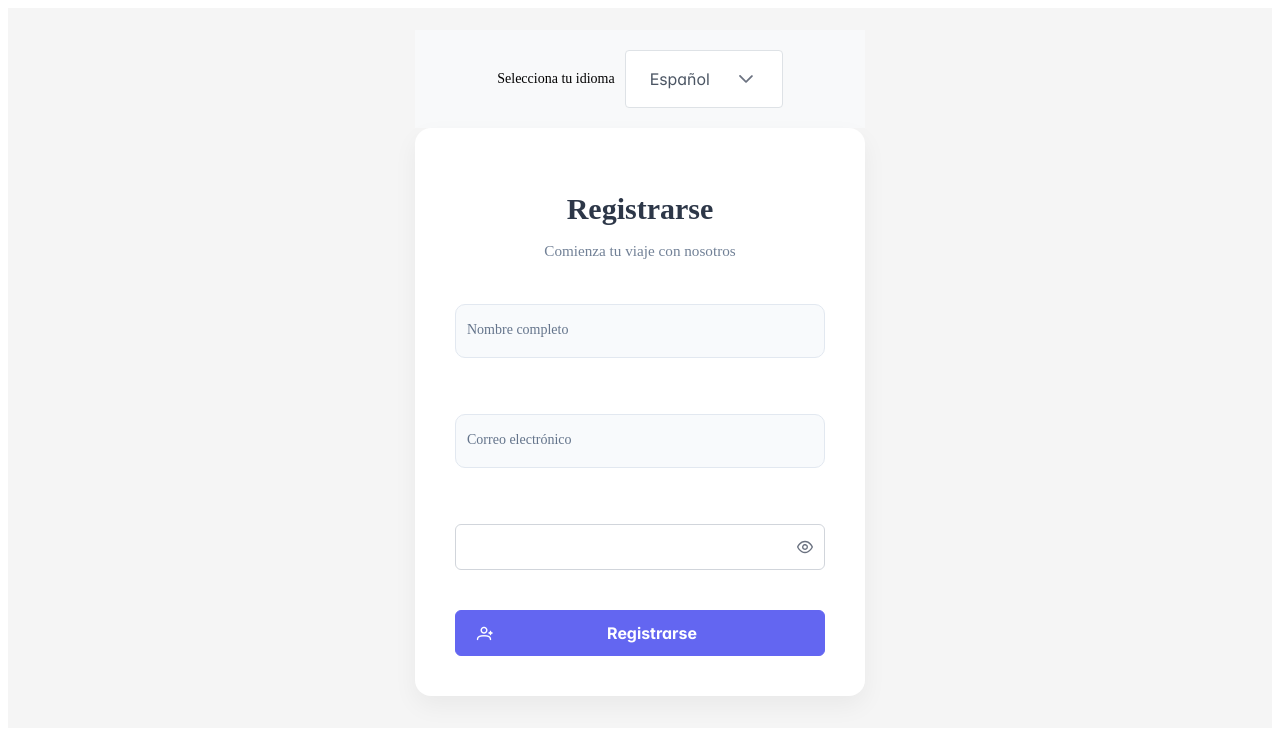
Repository: nder1996/Info_Colombia
Page: /Registro (app in fronted/gestion-tareas/)
An editor plug-in stored every save of this project. The page is shown before and after the next save, followed by the edit.
The browser window is 1280 px wide. The pictures show the whole page.
The project was rebuilt for these pictures with package versions that can differ from the ones it lists, and the page was loaded fresh each time. Also part of the build but not shown: fronted/gestion-tareas/src/routes/ProtectedRoute.tsx, fronted/gestion-tareas/src/services/GestionTareasService.ts, fronted/gestion-tareas/src/services/SummaryServices.ts, fronted/gestion-tareas/src/services/UsuarioService.ts, fronted/gestion-tareas/src/services/WebSocketService.ts, fronted/gestion-tareas/src/hooks/useNotifications.ts, fronted/gestion-tareas/src/components/gestion-tareas/GestionTareas.tsx, fronted/gestion-tareas/src/components/InicioSession/InicioSession.tsx.

Above is the page before, as saved 2025-02-24 03:35:11.

### fronted/gestion-tareas/src/index.css
.App {
  display: flex;
  justify-content: center;
  align-items: center;
  height: 100vh !important;
  width: 100% !important;
  background-color: #f5f5f5;
  padding: 0 !important;
  /*border:1px solid red !important;*/
  /* You can add more styles as needed */
}

### fronted/gestion-tareas/src/App.tsx
import React, { useRef } from 'react';
import { BrowserRouter } from 'react-router-dom';
import './App.css';
import AppRoutes from './routes/AppRoutes';
import useAuthStore from './store/auth/useAuthStore';
import './services/InterceptorAuth';
import { ToastProvider } from './context/ToastContext';

import "primereact/resources/themes/lara-light-indigo/theme.css";
import "primereact/resources/primereact.min.css";
import "primeicons/primeicons.css";
import { LanguageProvider } from './context/LanguageContext';



function App() {
  const auth = useAuthStore((state) => state.Auth)
  return (
    <ToastProvider>
      <LanguageProvider>
        <div className="App">
          <BrowserRouter>
            <AppRoutes />
          </BrowserRouter>
        </div>
      </LanguageProvider>
    </ToastProvider>
  );
}

export default App;

### fronted/gestion-tareas/src/App.css
@import "primereact/resources/themes/lara-light-indigo/theme.css";
@import "primereact/resources/primereact.min.css";
@import "primeicons/primeicons.css";

### fronted/gestion-tareas/src/routes/AppRoutes.tsx
import React from "react";
import { Routes, Route, Navigate } from "react-router-dom";
import ProtectedRoute from "./ProtectedRoute";
import useAuthStore from "../store/auth/useAuthStore";
import GestionTareas from "src/components/gestion-tareas/GestionTareas";
import InicioSession from "src/components/InicioSession/InicioSession";
import Registrarse from "src/components/Registrarse/Registrarse";

const AppRoutes: React.FC = () => {
  const auth = useAuthStore((state) => state.Auth);

  return (
    <Routes>
      <Route path="/login" element={<InicioSession />} />
      <Route path="/Registro" element={<Registrarse />} />

      {/* Agrupar rutas protegidas dentro de ProtectedRoute */}
      <Route element={<ProtectedRoute />}>
        <Route path="/GestionTareas" element={<GestionTareas />} />
      </Route>

      {/* Redirigir a login si no hay ruta válida */}

       <Route path="*" element={<Navigate to={auth.isAuthenticated ? "/GestionTareas" : "/login"} replace />} />
    </Routes>
  );
};

export default AppRoutes;

### fronted/gestion-tareas/src/store/auth/useAuthStore.ts
import { AuthService } from 'src/services/AuthService';
import { create } from 'zustand'

type AuthState = { Auth: { token: string | null ; isAuthenticated: boolean |null ; username:string | null } }

type AuthStateStoreActions = {
  setAuth: (nextAuth: AuthState['Auth']) => void
}

type AuthStore = AuthState & AuthStateStoreActions;

const useAuthStore = create<AuthStore>()((set) => ({
  Auth: AuthService.getInfoSession() || {
    token: null,
    isAuthenticated: false,
    username: null
  },
  setAuth: (nextAuth) => set({ Auth: nextAuth })
}));

export default useAuthStore;




//export default useAuthStore;

### fronted/gestion-tareas/src/services/InterceptorAuth.ts
import axios from 'axios';
import { AuthService } from './AuthService';

const InterceptorAuth = {
  usuario: axios.create({
    baseURL: 'http://localhost:8700/api/usuario'
  }),
  summary: axios.create({
    baseURL: 'http://localhost:8700/api/summary/'
  }),
  tarea: axios.create({
    baseURL: 'http://localhost:8700/api/tarea/'
  })
};

Object.values(InterceptorAuth).forEach(api => {
  api.interceptors.request.use(
    (config) => {
      const token = AuthService.getToken()?.replace(/"/g, '');
      if (token) {
        config.headers.Authorization = `Bearer ${token}`;
      }
      //console.log("se le agrego el token a la peticion: " + config.url+"  token "+config.headers.Authorization);
      return config;
    },
    (error) => Promise.reject(error)
  );

  api.interceptors.response.use(
    (response) => response,
    (error) => {
      if (error.response?.status !== 200 && error.response?.status !== 201) {
        AuthService.logout();
        window.location.href = '/login';
      }
      return Promise.reject(error);
    }
  );
});

export default InterceptorAuth;

### fronted/gestion-tareas/src/context/ToastContext.tsx
import { createContext, useContext, useRef } from 'react';
import { Toast } from 'primereact/toast';


interface ToastService {
    mostrarExito: (titulo: string, detalle?: string) => void;
    mostrarError: (titulo: string, detalle?: string) => void;
    mostrarInfo: (titulo: string, detalle?: string) => void;
    mostrarAdvertencia: (titulo: string, detalle?: string) => void;
}

const ToastContext = createContext<ToastService>({} as ToastService);

export const ToastProvider = ({ children }: { children: React.ReactNode }) => {
    const toast = useRef<Toast>(null);

    const mostrarExito = (titulo: string, detalle?: string) => {
        toast.current?.show({
            severity: 'success',
            summary: titulo,
            detail: detalle,
            life: 3000
        });
    };

    const mostrarError = (titulo: string, detalle?: string) => {
        toast.current?.show({
            severity: 'error',
            summary: titulo,
            detail: detalle,
            life: 5000
        });
    };

    const mostrarInfo = (titulo: string, detalle?: string) => {
        toast.current?.show({
            severity: 'info',
            summary: titulo,
            detail: detalle,
            life: 3000
        });
    };

    const mostrarAdvertencia = (titulo: string, detalle?: string) => {
        toast.current?.show({
            severity: 'warn',
            summary: titulo,
            detail: detalle,
            life: 4000
        });
    };

    return (
        <ToastContext.Provider value={{ mostrarExito, mostrarError, mostrarInfo, mostrarAdvertencia }}>
            <Toast ref={toast} position="top-right" />
            {children}
        </ToastContext.Provider>
    );
};

export const useToast = () => useContext(ToastContext);

### fronted/gestion-tareas/src/context/LanguageContext.tsx
import React, { createContext, useContext, useState } from 'react';
import { traducciones } from 'src/i18n/traducciones';
import { Language, ITranslations } from 'src/i18n/types';

interface LanguageContextType {
  language: Language;
  t: ITranslations;
  changeLanguage: (lang: Language) => void;
}

const LanguageContext = createContext<LanguageContextType>({} as LanguageContextType);

export const LanguageProvider = ({ children }: { children: React.ReactNode }) => {
  const [language, setLanguage] = useState<Language>('es');

  const changeLanguage = (lang: Language) => {
    setLanguage(lang);
  };

  const value = {
    language,
    t: traducciones[language],
    changeLanguage
  };

  return (
    <LanguageContext.Provider value={value}>
      {children}
    </LanguageContext.Provider>
  );
};



export const useLanguage = () => {
  const context = useContext(LanguageContext);
  if (!context) {
    throw new Error('useLanguage must be used within a LanguageProvider');
  }
  return context;
};

### fronted/gestion-tareas/src/components/Registrarse/Registrarse.tsx
import React, { useRef } from 'react';
import './Registrarse.css';
import 'primereact/resources/themes/saga-blue/theme.css';
import 'primereact/resources/primereact.min.css';
import 'primeicons/primeicons.css';
import { useForm } from 'react-hook-form';
import { yupResolver } from '@hookform/resolvers/yup';
import * as yup from 'yup';
import { Card } from 'primereact/card';
import { Toast } from 'primereact/toast';
import { InputText } from 'primereact/inputtext';
import { Password } from 'primereact/password';
import { Button } from 'primereact/button';
import { SesionServices, usuarioRegister } from 'src/services/SesionServices';
import { useNavigate } from 'react-router-dom';
import { useToast } from 'src/context/ToastContext';
import { traducciones } from 'src/i18n/traducciones';
import { Language } from 'src/i18n/types';
import { useLanguage } from 'src/context/LanguageContext';
import NavbarIdioma from '../navbar-idioma/navbar-idioma';

type FormData = {
  fullName: string;
  email: string;
  password: string;
};
const createValidationSchema = (t: typeof traducciones, language: Language) => yup.object({
  fullName: yup
    .string()
    .required(t[language].validaciones.requerido)
    .min(3, t[language].validaciones.longitudMinima.replace('{0}', '3'))
    .matches(/^[a-zA-ZÀ-ÿ\s]+$/, t[language].validaciones.soloLetras),
  email: yup
    .string()
    .required(t[language].validaciones.correoRequerido)
    .email(t[language].validaciones.correoInvalido),
  password: yup
    .string()
    .required(t[language].validaciones.contrasena.requerida)
    .min(8, t[language].validaciones.contrasena.longitudMinima)
    .matches(/[A-Z]/, t[language].validaciones.contrasena.mayuscula)
    .matches(/[a-z]/, t[language].validaciones.contrasena.minuscula)
    .matches(/[0-9]/, t[language].validaciones.contrasena.numero)
    .matches(/[^A-Za-z0-9]/, t[language].validaciones.contrasena.caracterEspecial)
});

const Registrarse = () => {
  const toastRef = useRef<Toast>(null);
  const navigate = useNavigate();
  const { mostrarExito, mostrarError, mostrarAdvertencia } = useToast();
  const { language } = useLanguage();
  const { autenticacion: texts } = traducciones[language];
  const schema = createValidationSchema(traducciones, language);
  const validationSchema = createValidationSchema(traducciones, language);
  const { register, handleSubmit, formState: { errors }, setValue, reset ,watch} = useForm<FormData>({
    resolver: yupResolver(validationSchema)
  });

  const onSubmit = async (data: FormData) => {
    try {
      const user: usuarioRegister = {
        id: -1,
        nombre: data.fullName,
        email: data.email,
        password: data.password
      }
      const response = await SesionServices.registre(user);
      if (response && response.meta?.statusCode == 200) {
        mostrarExito('Nuevo Usuario Registrado', 'El usuario se ha guardado exitosamente');
        reset();
        navigate('/login');
        return
      }
      mostrarAdvertencia('Advertencia', 'Hubo un problema con el registro del usuario');
    } catch (error) {
      mostrarError('Error', 'Hubo un error al registrar el usuario');
    }
  };

  return (
    <div className="auth-container">
      <NavbarIdioma></NavbarIdioma>
      <Toast ref={toastRef} />
      <div className="auth-card">
        <div className="auth-header">
          <h2>{texts.registrarse}</h2>
          <p>{texts.comenzarViaje}</p>
        </div>

        <form className="auth-form" onSubmit={handleSubmit(onSubmit)}>
          <div className="form-group">
            <span className="p-float-label">
              <InputText
                id="fullName"
                className={`form-input ${errors.fullName ? 'p-invalid' : ''}`}
                {...register('fullName')}
              />
              <label htmlFor="fullName">{texts.nombreCompleto}</label>
            </span>
            {errors.fullName && (
              <small className="p-error">{errors.fullName.message}</small>
            )}
          </div>

          <div className="form-group">
            <span className="p-float-label">
              <InputText
                id="email"
                type="email"
                className={`form-input ${errors.email ? 'p-invalid' : ''}`}
                {...register('email')}
                onChange={(e) => setValue('email', e.target.value)}
              />
              <label htmlFor="email">{texts.correo}</label>
            </span>
            {errors.email && (
              <small className="p-error">{errors.email.message}</small>
            )}
          </div>

          <div className="field w-full" style={{ width: '100%' }}>
            <span className="p-float-label w-full block">
              <label htmlFor="password">{texts.contrasena}</label>
              <Password
                id="password"
                toggleMask
                className="w-full block"
                feedback={false}
                placeholder="Ingresa tu contraseña"
                style={{ display: 'block', width: '100%' }}
                {...register('password')}
                onChange={(e) => setValue('password', e.target.value)}
              />

            </span>
            {errors.password && (
              <small className="p-error">{errors.password.message}</small>
            )}
          </div>

          <Button
            type="submit"
            label={texts.registrarse}
            icon="pi pi-user-plus"
            className="w-full"
          />

        </form>
      </div>
    </div>
  );
};

export default Registrarse;

### fronted/gestion-tareas/src/services/AuthService.ts
import useAuthStore from 'src/store/auth/useAuthStore';
import { create } from 'zustand';
import { LocalStarogeService } from './LocalStorageService';



export interface AuthData {
  token: string | null;
  isAuthenticated: boolean | null;
  username: string | null;
}


 export class AuthService {

  static saveToken(auth: AuthData) {
    LocalStarogeService.save('authToken', JSON.stringify(auth));
  }

  static getToken(): string {
    const authData = JSON.parse(LocalStarogeService.get('authToken') || "") ;
    return authData.token || '';
  }

  static getInfoSession(): AuthData {
    try {
      const session = LocalStarogeService.get('authToken');
      if (!session || typeof session !== 'string') {
        return { token: '', isAuthenticated: false, username: '' };
      }
      const parsed = JSON.parse(session) as AuthData;
      return parsed;
    } catch {
      return { token: '', isAuthenticated: false, username: '' };
    }
  }
  static isAuthenticated(): boolean {
    return !!this.getToken();
  }

  static logout(): void {
    localStorage.removeItem('authToken');
    //useAuthStore.getState().clearAuth();
  }

  static getAuthHeader() {
    const token = this.getToken()?.replace(/"/g, '');
    return token ? { Authorization: `Bearer ${token}` } : {};
  }
}

### fronted/gestion-tareas/src/components/gestion-tareas/GestionTareas.css

/*estilos de tabla*/

.p-datatable tbody td {
    text-align: center !important;
  }

  .action-buttons {
    display: flex;
    gap: 1rem;
    justify-content: center;
   }

   .action-button {
    transition: transform 0.2s;
   }

   .action-button:hover {
    transform: scale(1.1);
   }

/*estilos de dialog*/

.form-container {
    padding: 1.5rem;
    max-width: 800px;
    margin: 0 auto;
  }

  .form-group {
    margin-bottom: 1rem;
    width: 100%;
  }

  .form-label {
    display: block;
    margin-bottom: 0.5rem;
  }

  .form-input,
  .form-select,
  .form-date,
  .form-button {
    width: 100%;
    padding: 10px;
    border-radius: 4px;
  }

### fronted/gestion-tareas/src/components/InicioSession/InicioSession.css

.login-header {
  text-align: center;
  margin-bottom: 2rem;
}

.form-inicio {
  display: flex;
  flex-direction: column;
  gap: 1.5rem;
}

.field {
  display: flex;
  flex-direction: column;
  gap: 0.5rem;
}

.register-section {
  margin-top: 2rem;
  text-align: center;
 }

 .register-link {
  display: inline-flex;
  align-items: center;
  gap: 0.75rem;
  padding: 0.75rem 1.5rem;
  border-radius: 8px;
  background: var(--surface-50);
  transition: all 0.2s ease;
  box-shadow: 0 2px 4px rgba(0,0,0,0.1);
  cursor: pointer !important;
 }

 .register-link:hover {
  background: var(--surface-100);
  transform: translateY(-2px);
  box-shadow: 0 4px 8px rgba(0,0,0,0.15);
 }

 .register-icon {
  color: grey;
  font-size: 1.2rem;
 }

 .register-text {
  font-size: 0.9rem;
  color: var(--text-color);
  margin-bottom: 1rem;
 }

 .login-container {
  display: flex;
  flex-direction: column;
  min-height: 100vh;
}

.login-card {
  margin: 10px;
  width: 100%;
  width: 450px;
  padding: 2rem;
}


.navbar-idioma {
  width: 100%;
  padding: 1rem;
}

### fronted/gestion-tareas/src/services/SesionServices.ts
import axios from "axios";
import { AuthData, AuthService } from "./AuthService";
import { LocalStarogeService } from "./LocalStorageService";
import { ApiResponse } from "src/models/ApiResponse";



export interface usuarioRegister {
    id: number;
    nombre: string;
    email: string;
    password: string;
}
export class SesionServices  {
    private static readonly baseUrl = 'http://localhost:8700/api/auth';


    public static async login(username: string, password: string): Promise<void> {
        try {
            const response = await axios.post(`${this.baseUrl}/login`, {
                username,
                password
            });

            const token = response.data.token;
            const authData: AuthData = {
                token: token,
                username: username,
                isAuthenticated: true
            };

            AuthService.saveToken(authData);
        } catch (error) {
            console.error('Login failed:', error);
            throw error;
        }
    }

    public static async registre(user: usuarioRegister): Promise<ApiResponse<string>> {
        try {
            const response = await axios.post(`${this.baseUrl}/register`, user);
            return response.data;
        } catch (error) {
            console.error('Login failed:', error);
            throw error;
        }
    }


}

### fronted/gestion-tareas/src/components/navbar-idioma/navbar-idioma.tsx
import { Dropdown } from 'primereact/dropdown';
import { useLanguage } from "src/context/LanguageContext";
import { Language } from "src/i18n/types";

const NavbarIdioma = () => {
  const { language, changeLanguage } = useLanguage();

  const options = [
    { label: 'Español', value: 'es' as Language },
    { label: 'English', value: 'en' as Language }
  ];

  return (
    <div style={{
      display: 'flex',
      justifyContent: 'center',
      backgroundColor: '#f8f9fa',
      padding: '20px'
    }}>
      <div style={{
        display: 'flex',
        alignItems: 'center',
        gap: '10px'
      }}>
        <span style={{
          fontSize: '14px',
          color: '#000'
        }}>Selecciona tu idioma</span>
        <Dropdown
          value={language}
          options={options}
          onChange={(e) => changeLanguage(e.value)}
          style={{
            minWidth: '120px',
            borderRadius: '4px',
            border: '1px solid #dee2e6',
            padding: '6px 12px'
          }}
        />
      </div>
    </div>
  );
};

export default NavbarIdioma;

### fronted/gestion-tareas/src/components/Registrarse/Registrarse.css

.auth-card {
  background: white;
  padding: 2.5rem;
  border-radius: 16px;
  width: 100%;
  width: 450px;
  box-shadow: 0 10px 25px rgba(0, 0, 0, 0.05);
  margin-bottom: 10px;
}

.auth-header {
  text-align: center;
  margin-bottom: 2.8rem;
}

.auth-header h2 {
  color: #2d3748;
  font-size: 1.875rem;
  font-weight: 600;
  margin-bottom: 0.5rem;
}

.auth-header p {
  color: #718096;
  font-size: 0.95rem;
}

.auth-form {
  display: flex;
  flex-direction: column;
  gap: 2.5rem;
}

.form-group {
  position: relative;
}

.form-input {
  width: 100% !important;
  padding: 1rem !important;
  border: 1px solid #e2e8f0 !important;
  border-radius: 10px !important;
  background: #f8fafc !important;
  transition: all 0.3s ease !important;


  /*margin-top: 1rem !important;*/
}

.form-input:hover {
  background: #fff !important;
  border-color: #cbd5e1 !important;
}

.form-input:focus {
  background: #fff !important;
  border-color: #3b82f6 !important;
  box-shadow: 0 0 0 3px rgba(59, 130, 246, 0.1) !important;
}

.p-float-label {
  /*display: block;*/
}

.p-float-label label {
  background: transparent !important;
  color: #64748b !important;
  font-size: 0.875rem !important;
}

/*.p-float-label input:focus ~ label,
.p-float-label input.p-filled ~ label {
  transform: translateY(-1.5rem) scale(0.85) !important;
  color: #3b82f6 !important;
}*/

.p-password {
  width: 100% !important;
}

.p-password-input {
  width: 100% !important;
}

.table-cell {
  text-align: center;
}

.table-header {
  text-align: center;
}

/* Para centrar verticalmente también */
.table-cell, .table-header {
  vertical-align: middle;
}

### fronted/gestion-tareas/src/services/localStorageService.ts
export class LocalStarogeService{


  public static save(key: string, value: any): void {
    try {
      const serializedValue = JSON.stringify(value);
      localStorage.setItem(key, serializedValue);
    } catch (error) {
      console.error('Error saving to localStorage:', error);
    }
  }



  public static get<T>(key: string, defaultValue: T | null = null): T | null {
    try {
      const item = localStorage.getItem(key);
      return item ? JSON.parse(item) : defaultValue;
    } catch (error) {
      console.error('Error retrieving from localStorage:', error);
      return defaultValue;
    }
  }



  public static remove(key: string): void {
    try {
      localStorage.removeItem(key);
    } catch (error) {
      console.error('Error removing from localStorage:', error);
    }
  }


  public static exists(key: string): boolean {
    return localStorage.getItem(key) !== null;
  }


  public static clear(): void {
    try {
      localStorage.clear();
    } catch (error) {
      console.error('Error clearing localStorage:', error);
    }
  }


  public static update(key: string, value: any): void {
    try {
      const existingValue = this.get(key, {});
      const updatedValue = { ...existingValue, ...value };
      this.save(key, updatedValue);
    } catch (error) {
      console.error('Error updating localStorage:', error);
    }
  }


  public static getAllKeys(): string[] {
    const keys: string[] = [];
    for (let i = 0; i < localStorage.length; i++) {
      const key = localStorage.key(i);
      if (key) {
        keys.push(key);
      }
    }
    return keys;
  }
}

Loaded but not shown: fronted/gestion-tareas/public/index.html (common file); fronted/gestion-tareas/src/index.js (common file); fronted/gestion-tareas/src/reportWebVitals.js (common file); fronted/gestion-tareas/src/i18n/traducciones.ts (164 lines, source omitted)

After the next save:
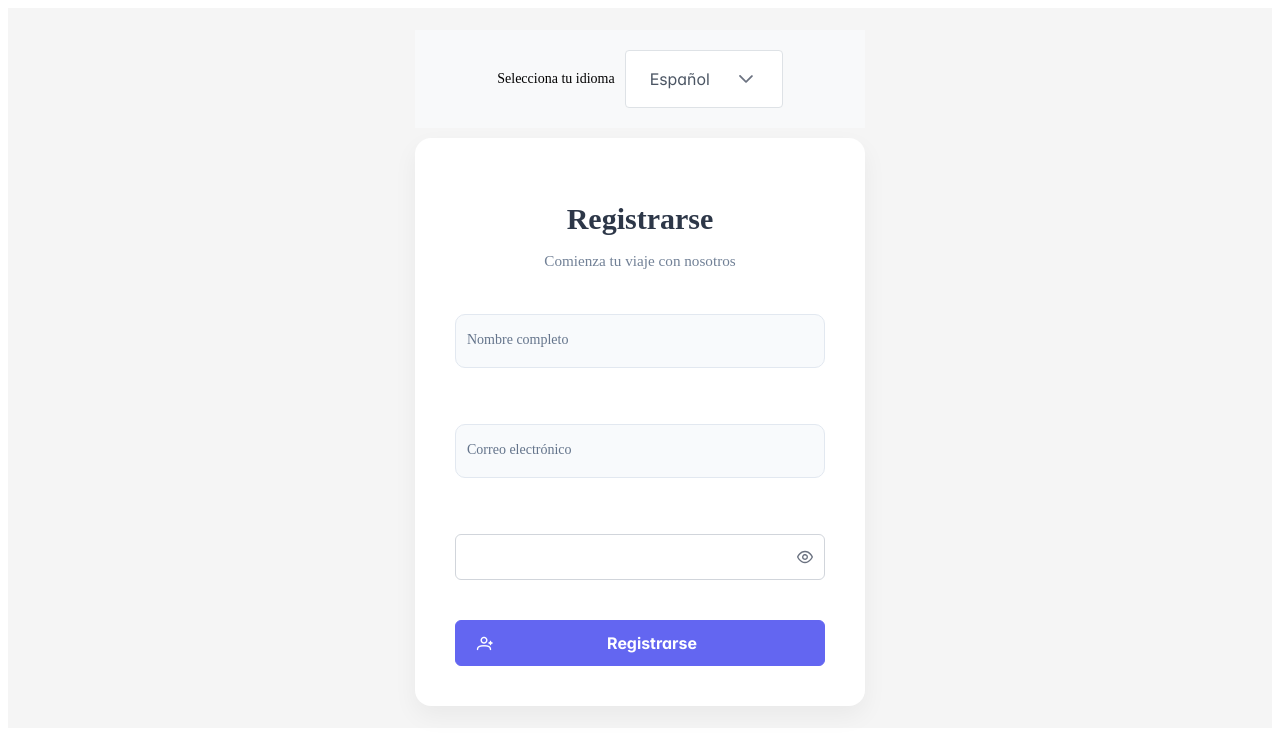
Saved 5 s later.
--- a/fronted/gestion-tareas/src/components/Registrarse/Registrarse.css
+++ b/fronted/gestion-tareas/src/components/Registrarse/Registrarse.css
@@ -6,7 +6,7 @@
   width: 100%;
   width: 450px;
   box-shadow: 0 10px 25px rgba(0, 0, 0, 0.05);
-  margin-bottom: 10px;
+  margin-top: 10px;
 }
 
 .auth-header {
